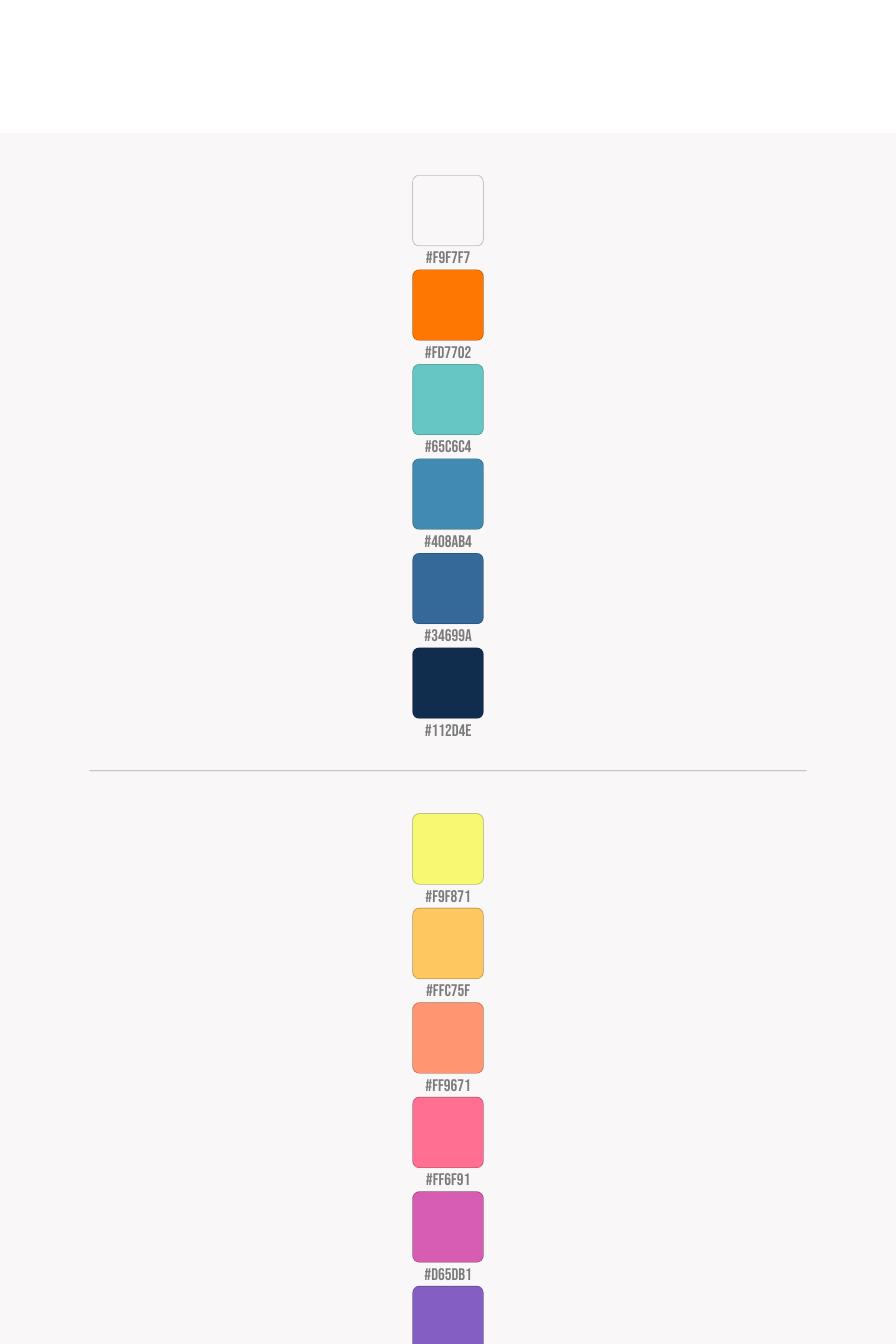
Repository: Ulvang01/WebTekProject
Page: src/index.html
An editor plug-in stored every save of this project. The page is shown before and after the next save, followed by the edit.
The browser window is 1280 px wide. The pictures show the part of the page from y = 607 to 2527 px (the page is 2681 px tall before and 2892 px after), at 70% of full size.
After loading, the first visible `#submit-btn` was clicked once.

Above is the page before, as saved 2022-11-04 16:23:16.

### src/index.html
<!DOCTYPE html>
<html lang="en">
	<head>
		<meta charset="UTF-8" />
		<meta http-equiv="X-UA-Compatible" content="IE=edge" />
		<meta name="viewport" content="width=device-width, initial-scale=1.0" />
		<link rel="icon" href="https://fav.farm/⛵️" />
		<link rel="stylesheet" href="./css/style.css" />
		<link rel="stylesheet" href="./css/transitions.css" />
		<script src="./js/index.js" type="module" defer></script>
		<title>WebTek Project</title>
	</head>
	<body>
		<header>
			<nav>
				<div class="logo">
					<img src="./img/anchor.svg" alt="anchor" class="anchor" />
					<p>Color<span class="logo-text">Ocean</span></p>
				</div>
				<div class="nav-list">
					<a href="./index.html" class="inuse">Home</a>
					<a href="./about.html">About</a>
				</div>
			</nav>
		</header>
		<main>
			<section id="home">
				<div class="content">
					<div class="home-text">
						<p class="title">Enter a color</p>
						<p class="byline">and generate<br /><span>color palettes</span></p>
					</div>
					<div class="button-container">
						<input
							type="text"
							id="color-input"
							value="#112D4E"
							minlength="1"
							maxlength="7"
						/>
						<button id="submit-btn">
							<img class="anchor" src="./img/anchor-white.svg" alt="" />
							Generate
						</button>
					</div>
				</div>
				<img class="boat-gif" src="./img/boat.gif" alt="boat" />
			</section>

			<!-- <section id="color-section">
				<div class="color-container">
					<h1 class="palette-name">Palette 1</h1>
					<div class="color-box">
						<div class="color-frame">
							<div class="cf9f7f7 color"></div>
							<input type="text" value="#F9F7F7" readonly />
						</div>
						<div class="color-frame">
							<div class="cfd7702 color"></div>
							<input type="text" value="#FD7702" readonly />
						</div>
						<div class="color-frame">
							<div class="c65c6c4 color"></div>
							<input type="text" value="#65C6C4" readonly />
						</div>
						<div class="color-frame">
							<div class="c408ab4 color"></div>
							<input type="text" value="#408AB4" readonly />
						</div>
						<div class="color-frame">
							<div class="c34699a color"></div>
							<input type="text" value="#34699A" readonly />
						</div>
						<div class="color-frame">
							<div class="c112d4e color"></div>
							<input type="text" value="#112D4E" readonly />
						</div>
					</div>
				</div>
				<div class="color-container">
					<h1 class="theme-title">Palette 2</h1>
					<div class="color-box">
						<div class="color-frame">
							<div class="cf9f871 color"></div>
							<input type="text" value="#F9F871" readonly />
						</div>
						<div class="color-frame">
							<div class="cffc75f color"></div>
							<input type="text" value="#FFC75F" readonly />
						</div>
						<div class="color-frame">
							<div class="cff9671 color"></div>
							<input type="text" value="#FF9671" readonly />
						</div>
						<div class="color-frame">
							<div class="cff6f91 color"></div>
							<input type="text" value="#FF6F91" readonly />
						</div>
						<div class="color-frame">
							<div class="cd65db1 color"></div>
							<input type="text" value="#D65DB1" readonly />
						</div>
						<div class="color-frame">
							<div class="c845ec2 color"></div>
							<input type="text" value="#845EC2" readonly />
						</div>
					</div>
				</div>
			</section> -->
		</main>
		<footer>
			<p class="logo">
				<img src="./img/anchor.svg" alt="anchor" class="anchor" />
				Color<span class="logo-text">Ocean</span>
			</p>
			<a href="./contact.html">Contact</a>
			<a href="#home">Back to the top</a>
		</footer>
	</body>
</html>

### src/css/style.css
@import url("https://fonts.googleapis.com/css2?family=Bebas+Neue&display=swap");

* {
	font-family: 'Bebas Neue', cursive;
}

:root {
	--orange: #fd7702;
	--white: #f9f7f7;
	--blue-50: #65c6c4;
	--blue-100: #408ab4;
	--blue-150: #34699a;
	--blue-200: #112d4e;
	--text-black: #2e3440;
	--light: 80;
	--threshold: 60;
}

body,
html {
	margin: 0;
	padding: 0;
}

html {
	scroll-behavior: smooth;
}

body {
	height: 100%;
	width: 100%;
}

a {
	text-decoration: none;
	color: var(--white);
	text-transform: uppercase;
}

/* NAV BAR */

header {
	padding: 5px 0;
	height: min-content;
	width: 100%;
}

nav {
	padding: 0 10px;
	display: flex;
	justify-content: space-between;
	align-items: center;
}

.inuse {
	color: var(--orange);
}

.nav-list {
	display: flex;
	list-style: none;
	gap: 8px;
}


/* LOGO */

.anchor {
	height: 20px;
	width: 20px;
}

.logo-text {
	color: var(--orange);
}

.logo {
	display: flex;
	align-items: center;
	gap: 5px;
}

/* HOME PAGE */

main {
	width: 100%;
	height: 100%;
}

#home {
	height: 100vh;
}

.button-container {
	display: flex;
	flex-direction: column;
	align-items: center;
	gap: 15px;
}

#submit-btn {
	display: flex;
	align-items: center;
	gap: 5px;
	padding: 4px;
	background-color: var(--orange);
	border: none;
	outline: none;
	border-radius: 3px;
}

#submit-btn:hover {
	cursor: pointer;
}

input[type="text"] {
	outline: none;
}

#color-input {
	color: var(--white);
	background-color: var(--blue-200);
	border: none;
	border-radius: 3px;
	padding: 4px;
}

.boat-gif {
	display: none;
}

/*  COLOR SECTION */

#color-section {
	background-color: var(--white);
	width: 100%;
	display: flex;
	flex-direction: column;
	justify-content: center;
	align-items: center;
	height: min-content;
	padding-bottom: 10px;
}

.palette-name {
	color: var(--text-black);
	margin-bottom: 40px;
	font-size: 2rem;
}

.color-container {
	width: 80%;
	display: flex;
	flex-direction: column;
	justify-content: center;
	align-items: center;
	padding-bottom: 40px;
	border-bottom: 2px rgb(0 0 0 / 20%) solid;
	padding-top: 60px;
}

.color-container:last-child {
	border-bottom: none;
}

.color-box {
	display: flex;
	justify-content: center;
	align-items: center;
	width: 100%;
	gap: 10px;
}

.color-frame {
	width: content-min;
	display: flex;
	flex-direction: column;
	align-items: center;
	gap: 2px;
}

.color {
	height: 100px;
	width: 100px;
	border-radius: 10%;
	border: 1.5px solid rgb(0 0 0 / 30%);
}

input[type='text'] {
	text-align: center;
	border: none;
	width: 100px;
	padding: 2px;
	border-radius: 2%;
	background-color: var(--white);
	color: rgb(0 0 0 / 50%);
	font-size: 1.5rem;
}

/* COLORS */

.c112d4e {
	background-color: var(--blue-200);
}

.c34699a {
	background-color: var(--blue-150);
}

.c408ab4 {
	background-color: var(--blue-100);
}

.c65c6c4 {
	background-color: var(--blue-50);
}

.cfd7702 {
	background-color: var(--orange);
}

.cf9f7f7 {
	background-color: var(--white);
}

.cf9f871 {
	background-color: #f9f871;
}

.cffc75f {
	background-color: #ffc75f;
}

.cff9671 {
	background-color: #ff9671;
}

.cff6f91 {
	background-color: #ff6f91;
}

.cd65db1 {
	background-color: #d65db1;
}

.c845ec2 {
	background-color: #845ec2;
}

/* FOOTER */

footer {
	display: flex;
	justify-content: space-between;
	align-items: center;
	padding: 0 20px;
	background-color: var(--blue-100);
}

@media screen and (max-width: 768px) {
	* {
		color: var(--white);
	}

	body {
		background-color: var(--blue-100);
	}

	header {
		background-color: var(--blue-100);
		filter: drop-shadow(0 4px 4px rgb(0 0 0 / 25%));
		height: 75px;
		position: fixed;
		z-index: 100;
	}

	nav {
		position: relative;
		width: 90%;
		top: 70%;
		left: 50%;
		transform: translate(-50%, -50%);
		font-size: 1.5rem;
	}

	nav > .logo > .anchor {
		height: 20px;
		width: 20px;
	}

	#home {
		display: grid;
		grid-template-rows: 1fr 1fr;
		justify-items: center;
	}

	#home > .content {
		display: flex;
		flex-direction: column;
		justify-content: center;
		align-items: center;
	}

	.home-text {
		display: flex;
		flex-direction: column;
		align-items: center;
		text-align: center;
		margin-bottom: 42px;
		margin-top: 75px;
	}

	.home-text > .title {
		color: var(--orange);
		font-size: 3.5rem;
		margin-top: 3.5rem;
		margin-bottom: 0;
	}

	.home-text > .byline {
		font-size: 2.2rem;
		margin: 0;
	}

	.home-text > .byline > span {
		color: var(--blue-50);
	}

	#color-input {
		font-size: 1.5rem;
		padding: 10px 0;
		width: 140px;
		border-radius: 10px;
		filter: drop-shadow(0 4px 4px rgb(0 0 0 / 25%));
	}

	#submit-btn {
		background-color: var(--blue-50);
		width: 140px;
		filter: drop-shadow(0 4px 4px rgb(0 0 0 / 25%));
		font-size: 1.5rem;
		padding: 10px 0;
		border-radius: 10px;
		display: flex;
		justify-content: center;
	}

	#submit-btn > .anchor {
		height: 20px;
		width: 20px;
	}

	.color-box {
		flex-direction: column;
		gap: 6px;
	}

	.color-frame {
		flex-direction: row;
	}

	.color {
		width: 90px;
		height: 90px;
		margin-bottom: 0;
	}

	.boat-gif {
		display: block;
		width: 300px;
		height: 300px;
		margin: auto
	}

	footer {
		font-size: 1.125rem;
		display: flex;
		align-items: center;
	}

	footer > .logo > img {
		height: 18px;
		width: 18px;
	}


}

### src/css/transitions.css
main {
    animation: transition-in 750ms;

}

@keyframes transition-in {
    from {
        opacity: 0;
        transform: rotateX(-10deg);
    }

    to {
        opacity: 1;
        transform: rotateX(0);
    }
}

### src/js/index.js
import changeColor from './colorInputHandler.js';
import createComponents from './colorElementCreator.js';

document.getElementById('color-input').oninput = () => changeColor();

const colorPalletes = {
    "palette1": ["#F9F7F7", "#FD7702", "#65C6C4", "#408AB4", "#34699A", "#112D4E"],
    "palette2": ["#F9F871", "#FFC75F", "#FF9671", "#FF6F91", "#D65DB1", "#845EC2"]
};

document.getElementById('submit-btn').onclick = () => {
    createComponents(colorPalletes);
    document.getElementById('color-section').scrollIntoView();
}

### src/js/colorInputHandler.js
 const changeColor = () => {
	const colorInput = document.getElementById('color-input');
	const color = colorInput.value;
	const reg = /^#([0-9a-f]{3}){1,2}$/i;
	if (reg.test(color)) {
		colorInput.style.backgroundColor = color;
	}

	const bgColor = window
		.getComputedStyle(colorInput, null)
		.getPropertyValue('background-color')
		.split('(')[1]
		.split(')')[0]
		.split(',');
	const colorYIQ = Math.round(
		(bgColor[0] * 299 + bgColor[1] * 587 + bgColor[2] * 114) / 1000
	);

	const textColor = colorYIQ >= 100 ? '#2e3440' : '#f9f7f7';
	colorInput.style.color = textColor;
}

export default changeColor;

### src/js/colorElementCreator.js
const createComponents = (colorPalletes) => {
    const colorSection = document.createElement('section');
    colorSection.setAttribute('id', 'color-section');

    for (const [paletteName, colors] of Object.entries(colorPalletes)) {
        const colorContainer = document.createElement('div');
        colorContainer.setAttribute('class', 'color-container');
        const colorName = document.createElement('h1');
        colorName.setAttribute('class', 'palette-name');
        colorName.innerText = paletteName;

        colors.forEach((color) => {
            const colorFrame = document.createElement('div');
            colorFrame.setAttribute('class', 'color-frame');
            const colorDiv = document.createElement('div');
            colorDiv.setAttribute('class', 'color');
            colorDiv.style.backgroundColor = color;
            colorFrame.appendChild(colorDiv);
            const colorCode = document.createElement('input');
            colorCode.setAttribute('type', 'text');
            colorCode.setAttribute('value', color);
            colorCode.readOnly = true;
            colorContainer.appendChild(colorFrame);
            colorContainer.appendChild(colorCode);
        });

        colorSection.appendChild(colorContainer);
    }

    document.getElementsByTagName('main')[0].appendChild(colorSection);
};

export default createComponents;

After the next save:
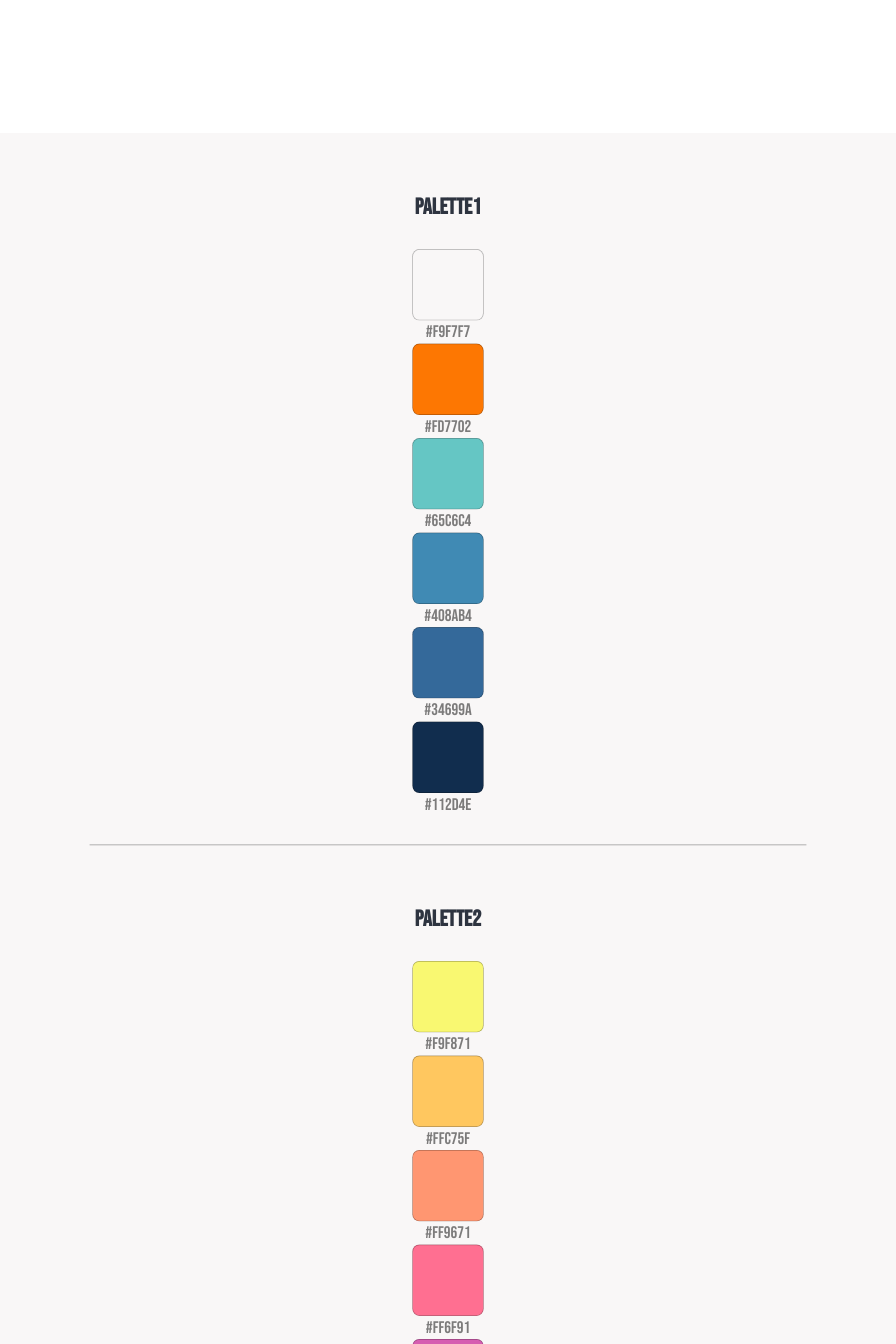
Saved 20 s later.
--- a/src/js/colorElementCreator.js
+++ b/src/js/colorElementCreator.js
@@ -8,6 +8,7 @@ const createComponents = (colorPalletes) => {
         const colorName = document.createElement('h1');
         colorName.setAttribute('class', 'palette-name');
         colorName.innerText = paletteName;
+        colorContainer.appendChild(colorName);
 
         colors.forEach((color) => {
             const colorFrame = document.createElement('div');
